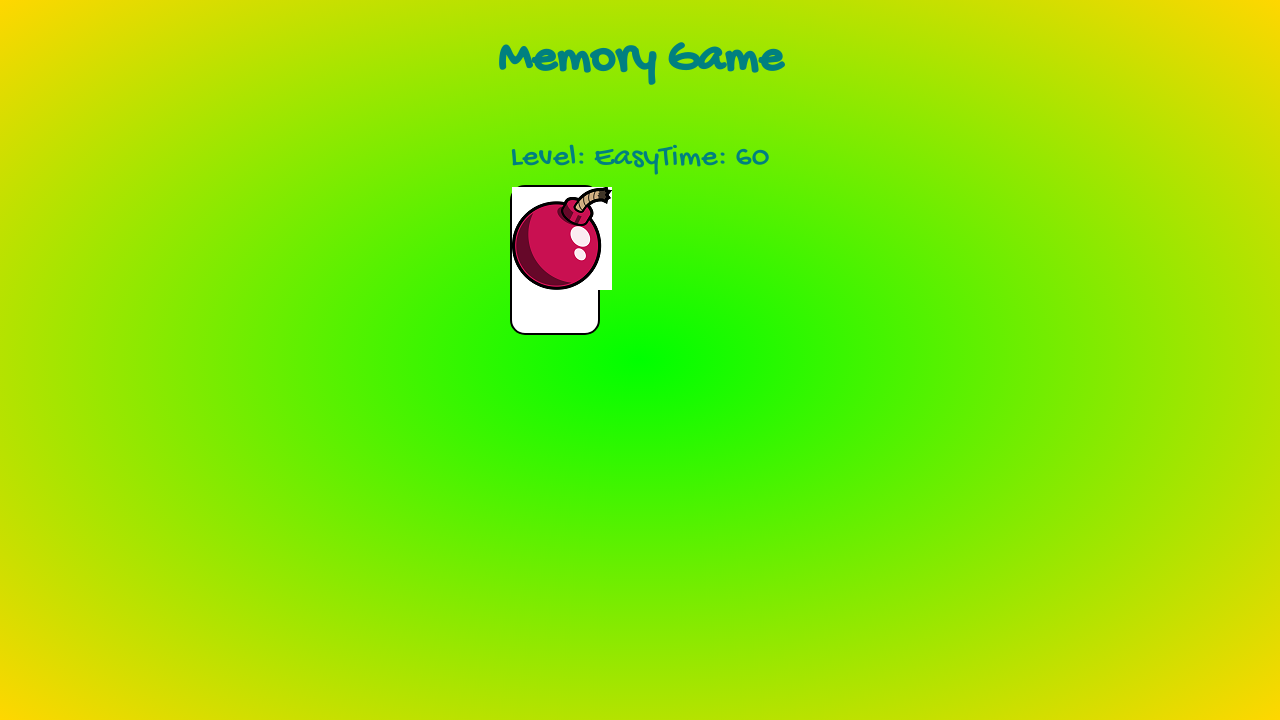
Repository: lauramika/Memory-Game
Page: index.html
The author's editor kept a record of every edit. The page is drawn from the files as they stood at one moment, then again after the next edit.
The browser window is 1280 px wide. The pictures show the whole page.

Above is the page before.

After the next edit:
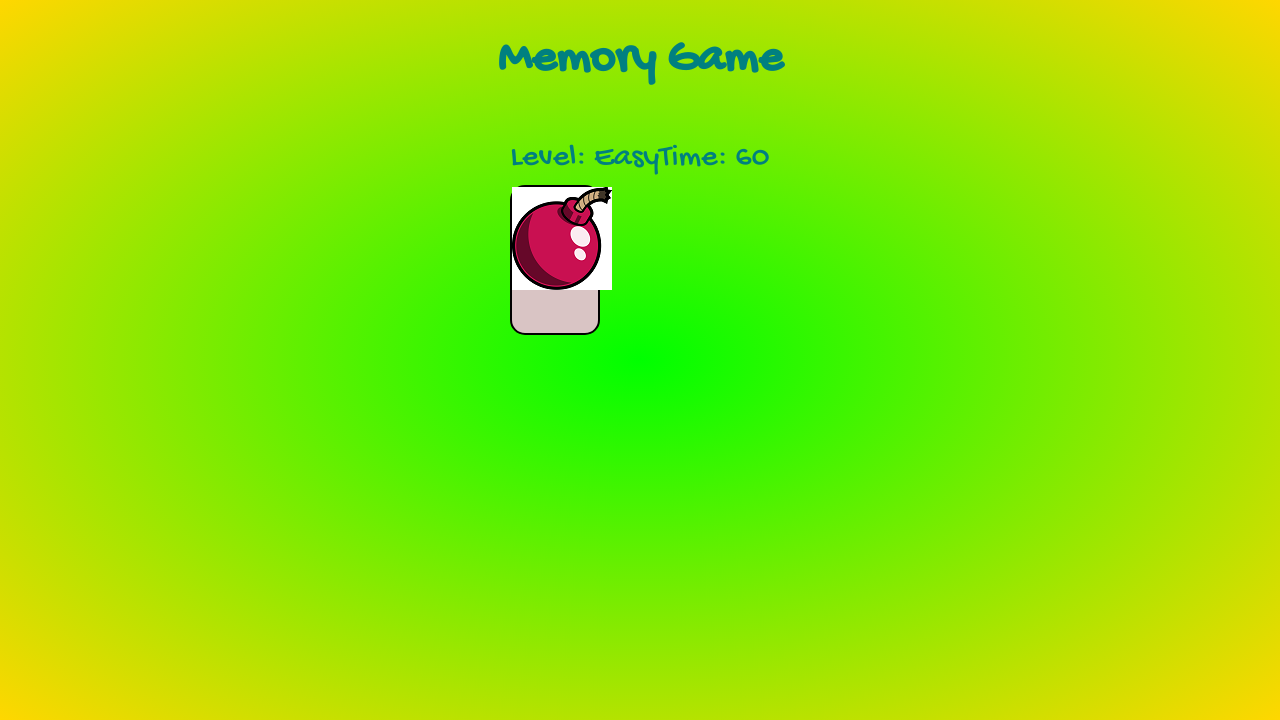
The edit:
--- a/style.css
+++ b/style.css
@@ -34,7 +34,7 @@
 }
 
 .cards {
-    background-color: white;
+    background-color: #D9C4C4;
     height: 150px;
     width: 90px;
     border-radius: 15px;
